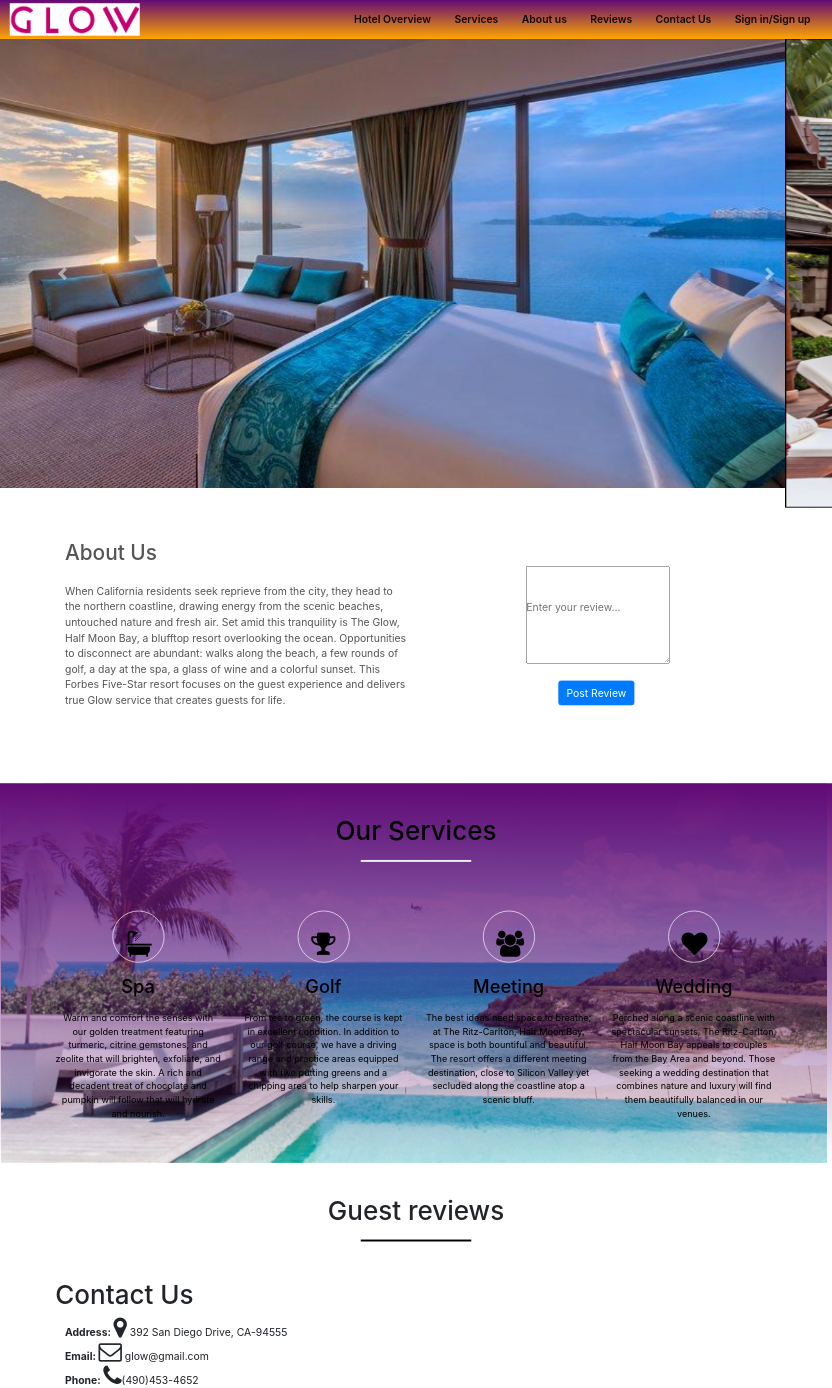
Repository: M-p1998/solo-dojo-project
Page: http://localhost/hotel/WEB-INF/hotel/home.jsp
An editor plug-in stored every save of this project. The page is shown before and after the next save, followed by the edit.
The browser window is 1280 px wide. The pictures show the whole page, at 65% of full size.
Backgrounds fixed to the window are drawn as part of the page. Some web libraries are served in a nearby version. The page is served by Tomcat 9. Nobody is signed in. The template is opened directly, without the code that normally fills it, so the values that code supplies are empty.

Above is the page before, as saved 2022-02-13 19:26:40.

After the next save:
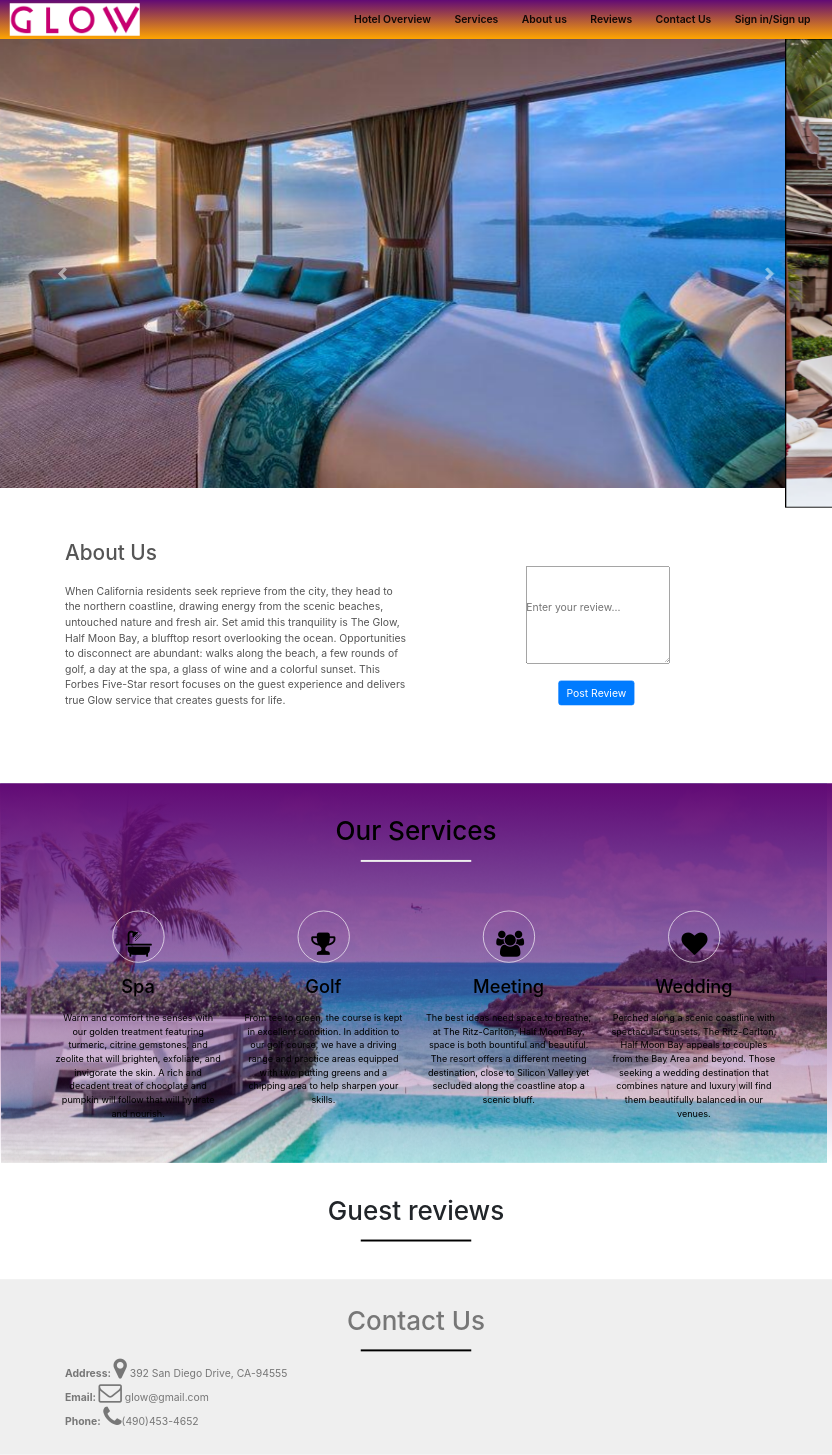
Saved 33 min 21 s later.
--- a/hotel/src/main/webapp/css/home.css
+++ b/hotel/src/main/webapp/css/home.css
@@ -170,6 +170,28 @@ blockquote{
 	transition: 0.5s;
 }
 
+/* contact us  */
+
+#contact h1{
+	text-align: center;
+
+}
+#contact h1::after{
+	content: '';
+	background: Black;
+	display: block;
+	height: 3px;
+	width: 170px;
+	margin: 20px auto 5px;
+}
+#contact{
+	background: #efefef;
+	padding-top: 40px;
+	padding-bottom: 40px;
+	color: #777;
+}
+
+
 /* q::before{
 	content: '\93';
 	font-size: 50px;
